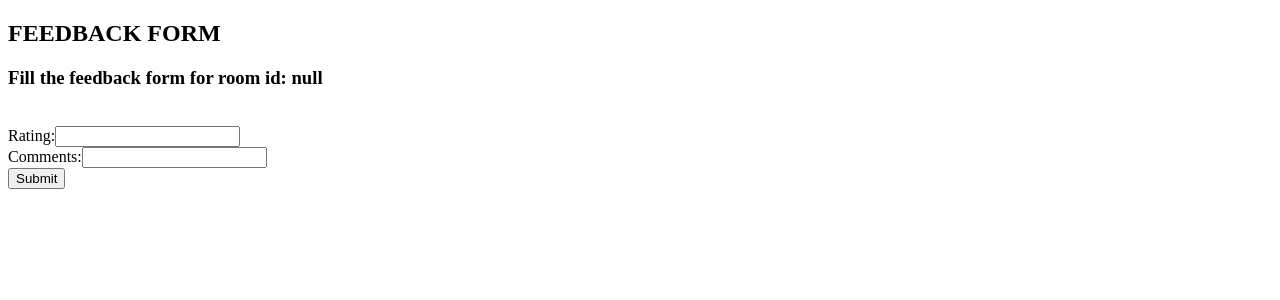
Repository: pavleen14/techyons-code-fury
Page: http://localhost/meetingroommanagement/feedback
An editor plug-in stored every save of this project. The page is shown before and after the next save, followed by the edit.
The browser window is 1280 px wide. The pictures show the whole page.
The page is served by Tomcat 9.

Above is the page before, as saved 2021-09-26 16:21:48.

After the next save:
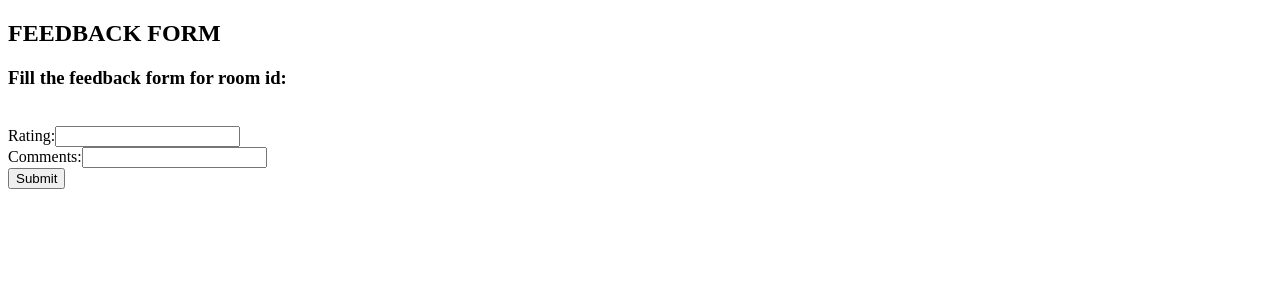
Saved 15 s later.
--- a/application/meetingroommanagement/src/main/webapp/views/feedback.jsp
+++ b/application/meetingroommanagement/src/main/webapp/views/feedback.jsp
@@ -14,7 +14,7 @@
 	String room = (String) request.getAttribute("roomId");
 	pageContext.setAttribute("room", room);
 %>
-<h3>Fill the feedback form for room id: <%=room %></h3>
+<h3>Fill the feedback form for room id: ${ room }</h3>
 <form action="feedback" method="post" >
 
 <input type="hidden" name="roomId" value="${room}" />
